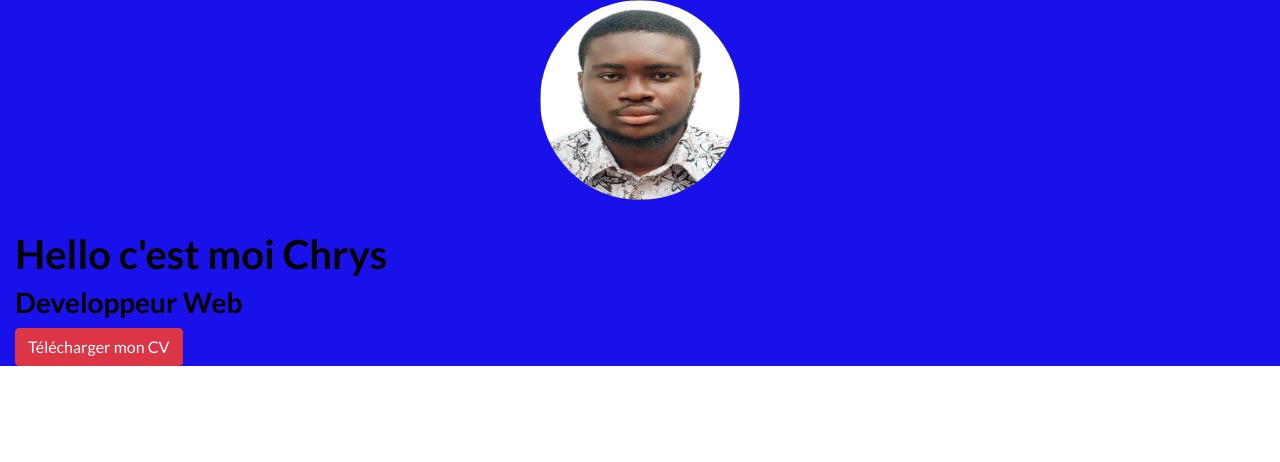
Repository: CHRYSOVR/CV_en_ligne_Interactif
Page: index.html
These files come from the project's save history. The page is drawn as it stood at one moment and after the next save; the edit follows.
The browser window is 1280 px wide. The pictures show the whole page.

Above is the page before, as saved 2025-07-07 15:05:10.
Console error: TypeError: Cannot read properties of undefined (reading 'fn')

### index.html
<!DOCTYPE html>
<html lang="fr">
<head>
    <meta charset="UTF-8">
    <meta name="viewport" content="width=device-width, initial-scale=1.0">
    <link rel="preconnect" href="https://fonts.googleapis.com">
<link rel="preconnect" href="https://fonts.gstatic.com" crossorigin>
<link href="https://fonts.googleapis.com/css2?family=Lato:ital,wght@0,100;0,300;0,400;0,700;0,900;1,100;1,300;1,400;1,700;1,900&display=swap" rel="stylesheet">
<link rel="stylesheet" href="https://cdn.jsdelivr.net/npm/bootstrap@4.0.0/dist/css/bootstrap.min.css" integrity="sha384-Gn5384xqQ1aoWXA+058RXPxPg6fy4IWvTNh0E263XmFcJlSAwiGgFAW/dAiS6JXm" crossorigin="anonymous">
<script src="https://cdn.jsdelivr.net/npm/bootstrap@4.0.0/dist/js/bootstrap.min.js" integrity="sha384-JZR6Spejh4U02d8jOt6vLEHfe/JQGiRRSQQxSfFWpi1MquVdAyjUar5+76PVCmYl" crossorigin="anonymous"></script>
    <link rel="stylesheet" href="css/style.css">
    <script src="js/script.js"></script>
    <title>CV SANNE-TIA</title>
</head>
<body>
  <section id="about" class="container-fluid">
    <div class="profile-picture" ><img src="images/Me.JPG" alt="photo sanne-tia" class="rounded-circle"width="200" height="200"></div>
        <h1>Hello c'est moi Chrys</h1 >
     <h3>Developpeur Web</h3>
     <a href="documents/CV_Sanne-Tia.pdf" class="btn btn-danger" target="_blank">Télécharger mon CV</a>
  </div>
    </section>
</body>
</html>

### css/style.css
/*GENERAL*/

body{
    font-family: 'Lato', sans-serif;

}
h1,h2,h3,h4,h5,h6{
    font-weight: bold;
    color:black;
}
/*ABOUT*/
#about{
    background-color: #1911e9;

}
.profile-picture{
    text-align: center;
    margin: 0 auto 30px;

}

Loaded but not shown: js/script.js (no stored copy; drawn as an empty file)

After the next save:
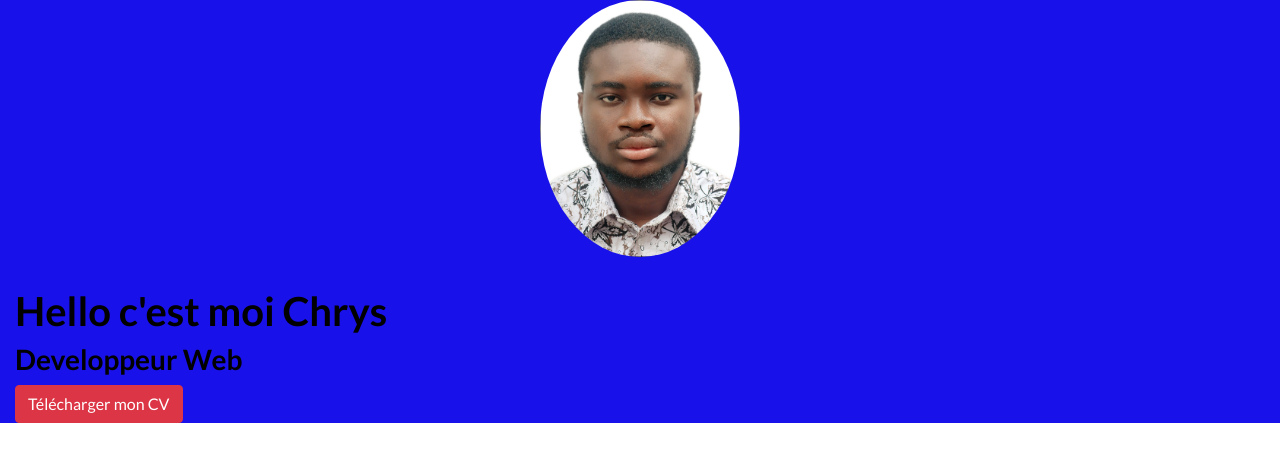
Saved 34 s later.
--- a/index.html
+++ b/index.html
@@ -14,7 +14,7 @@
 </head>
 <body>
   <section id="about" class="container-fluid">
-    <div class="profile-picture" ><img src="images/Me.JPG" alt="photo sanne-tia" class="rounded-circle"width="200" height="200"></div>
+    <div class="profile-picture" ><img src="images/Me.JPG" alt="photo sanne-tia" class="rounded-circle"width="200" ></div>
         <h1>Hello c'est moi Chrys</h1 >
      <h3>Developpeur Web</h3>
      <a href="documents/CV_Sanne-Tia.pdf" class="btn btn-danger" target="_blank">Télécharger mon CV</a>
